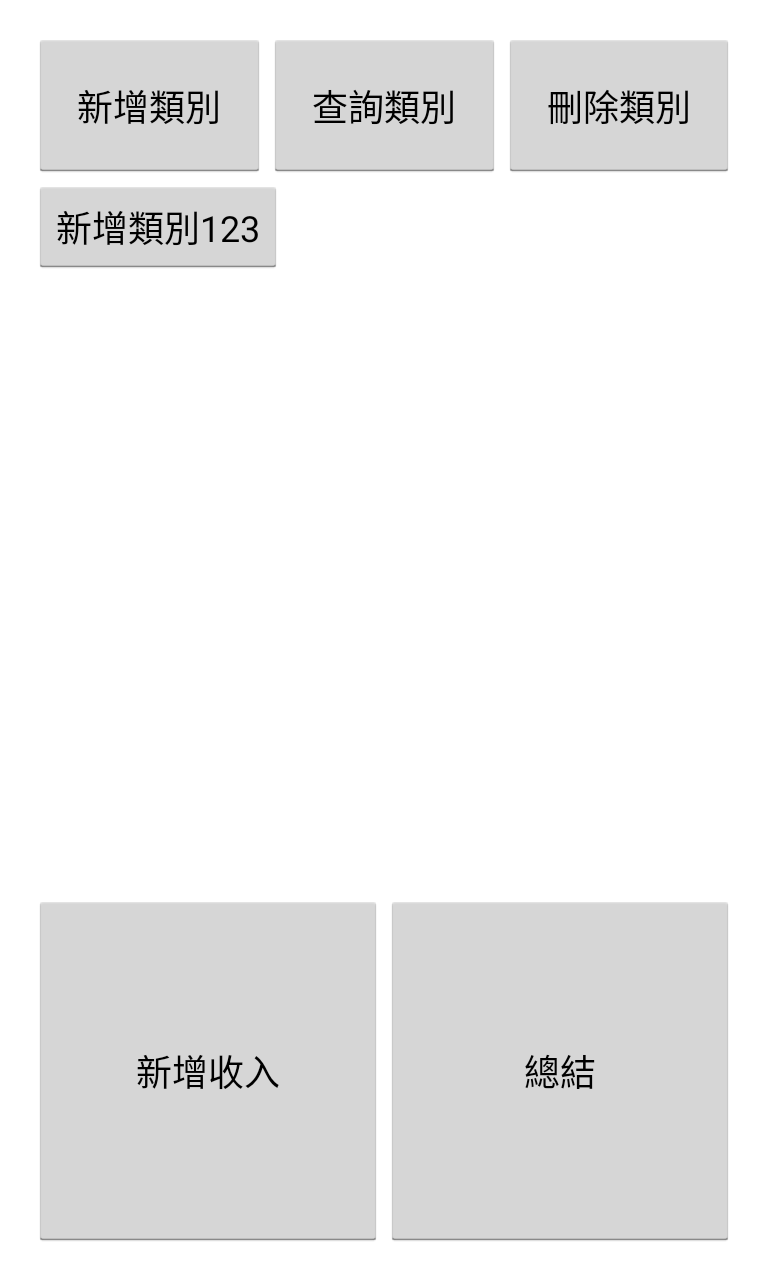
Repository: rayyrayy/Android-app-project
Layout: flashaccounting/easy money manager/res/layout/activity_main.xml
The author's editor kept a copy of each file at every save. The layout is drawn from the files as they stood at one save, then again after the next save.
It is drawn on a 768 x 1280 px phone screen (xhdpi) without system bars, with theme AppTheme; the app's code is not run.

Above is the layout before, as saved 2014-11-04 06:18:49.

### flashaccounting/easy money manager/res/layout/activity_main.xml
<RelativeLayout xmlns:android="http://schemas.android.com/apk/res/android"
    xmlns:tools="http://schemas.android.com/tools"
    android:layout_width="fill_parent"
    android:layout_height="fill_parent"
    android:paddingBottom="@dimen/activity_vertical_margin"
    android:paddingLeft="@dimen/activity_horizontal_margin"
    android:paddingRight="@dimen/activity_horizontal_margin"
    android:paddingTop="@dimen/activity_vertical_margin"
    tools:context="com.example.easymoneymanager.MainActivity" >

    <LinearLayout
    android:layout_width="fill_parent"
   	android:layout_height="fill_parent"
	android:orientation="vertical">

   <LinearLayout
    android:layout_width="fill_parent"
   	android:layout_height="wrap_content"
   	android:layout_weight="1"
   	android:orientation="horizontal">

   	    <LinearLayout
    	android:layout_width="fill_parent"
   		android:layout_height="fill_parent"
   		android:layout_weight="1"
   		android:orientation="horizontal">

    		<Button
        	android:id="@+id/AddClass"
        	android:layout_width="fill_parent"
        	android:layout_height="fill_parent"
        	android:text="新增類別" />

		</LinearLayout>

   		<LinearLayout
       	android:layout_width="fill_parent"
   		android:layout_height="fill_parent"
   		android:layout_weight="1"
   		android:orientation="horizontal">

   		    <Button
        	android:id="@+id/button1"
        	android:layout_width="fill_parent"
        	android:layout_height="fill_parent"
        	android:onClick="querytable"
        	android:text="查詢類別" />

    	</LinearLayout>

   		<LinearLayout
       	android:layout_width="fill_parent"
   		android:layout_height="fill_parent"
   		android:layout_weight="1"
   		android:orientation="horizontal">

    		<Button
        	android:id="@+id/DelClass"
        	android:layout_width="fill_parent"
        	android:layout_height="fill_parent"
        	android:onClick="DelClass"
        	android:text="刪除類別" />

  	  	</LinearLayout>

	</LinearLayout>

   	<LinearLayout
    android:layout_width="fill_parent"
    android:layout_height="wrap_content"
   	android:layout_weight="12"
   	android:orientation="horizontal">

	    <GridLayout
  	      android:id="@+id/gridLayout1"
	      android:layout_width="fill_parent"
 	      android:layout_height="fill_parent"
 	      android:columnCount="3"
  	      android:orientation="horizontal"
  	      android:rowCount="3" >

	        <Button
        	android:id="@+id/AddClass123"
        	android:layout_width="wrap_content"
        	android:layout_height="wrap_content"
        	android:text="新增類別123" />

 	   </GridLayout>

    </LinearLayout>


   	<LinearLayout
    android:layout_width="fill_parent"
    android:layout_height="wrap_content"
   	android:layout_weight="5"
   	android:orientation="horizontal">

   	    <LinearLayout
       	android:layout_width="fill_parent"
   		android:layout_height="fill_parent"
   		android:layout_weight="1"
   		android:orientation="horizontal">

  			<Button
        	android:id="@+id/button3"
        	android:layout_width="fill_parent"
        	android:layout_height="fill_parent"
        	android:text="新增收入" />

  		</LinearLayout>

   	    <LinearLayout
       	android:layout_width="fill_parent"
   		android:layout_height="fill_parent"
   		android:layout_weight="1"
   		android:orientation="horizontal">

  			<Button
        	android:id="@+id/button4"
        	android:layout_width="fill_parent"
        	android:layout_height="fill_parent"
        	android:text="總結" />

  		</LinearLayout>
    </LinearLayout>

   	</LinearLayout>
</RelativeLayout>

Loaded but not shown: flashaccounting/easy money manager/res/values/styles.xml (common file); flashaccounting/easy money manager/res/values-v11/styles.xml (common file); flashaccounting/easy money manager/res/values-v14/styles.xml (common file); flashaccounting/easy money manager/res/values/dimens.xml (common file); flashaccounting/easy money manager/res/values-w820dp/dimens.xml (common file)

After the next save:
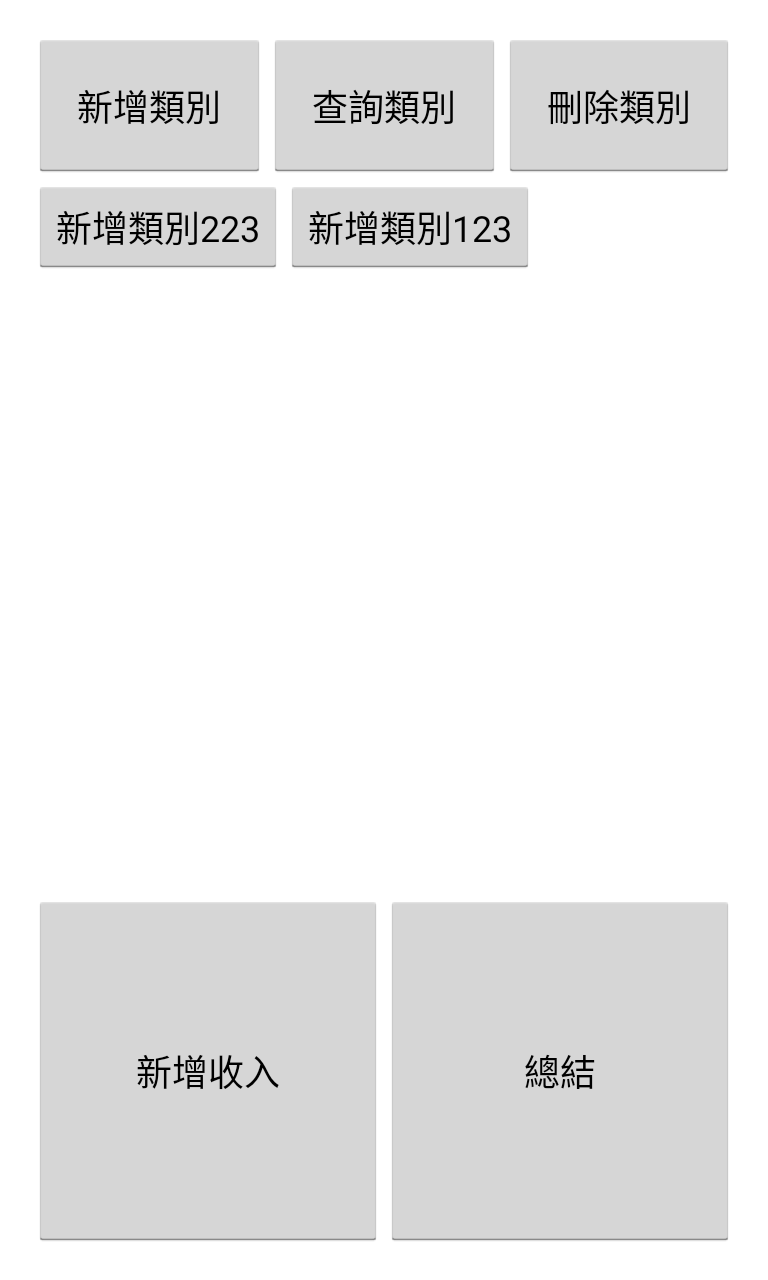
Saved 45 min 55 s later.
--- a/flashaccounting/easy money manager/res/layout/activity_main.xml
+++ b/flashaccounting/easy money manager/res/layout/activity_main.xml
@@ -80,9 +80,17 @@
   	      android:rowCount="3" >
 
 	        <Button
+        	android:id="@+id/AddClass223"
+        	android:layout_width="wrap_content"
+        	android:layout_height="wrap_content"
+        	android:layout_gravity="fill"
+        	android:text="新增類別223" />
+
+	        <Button
         	android:id="@+id/AddClass123"
         	android:layout_width="wrap_content"
         	android:layout_height="wrap_content"
+        	android:layout_gravity="fill"
         	android:text="新增類別123" />
 
  	   </GridLayout>
